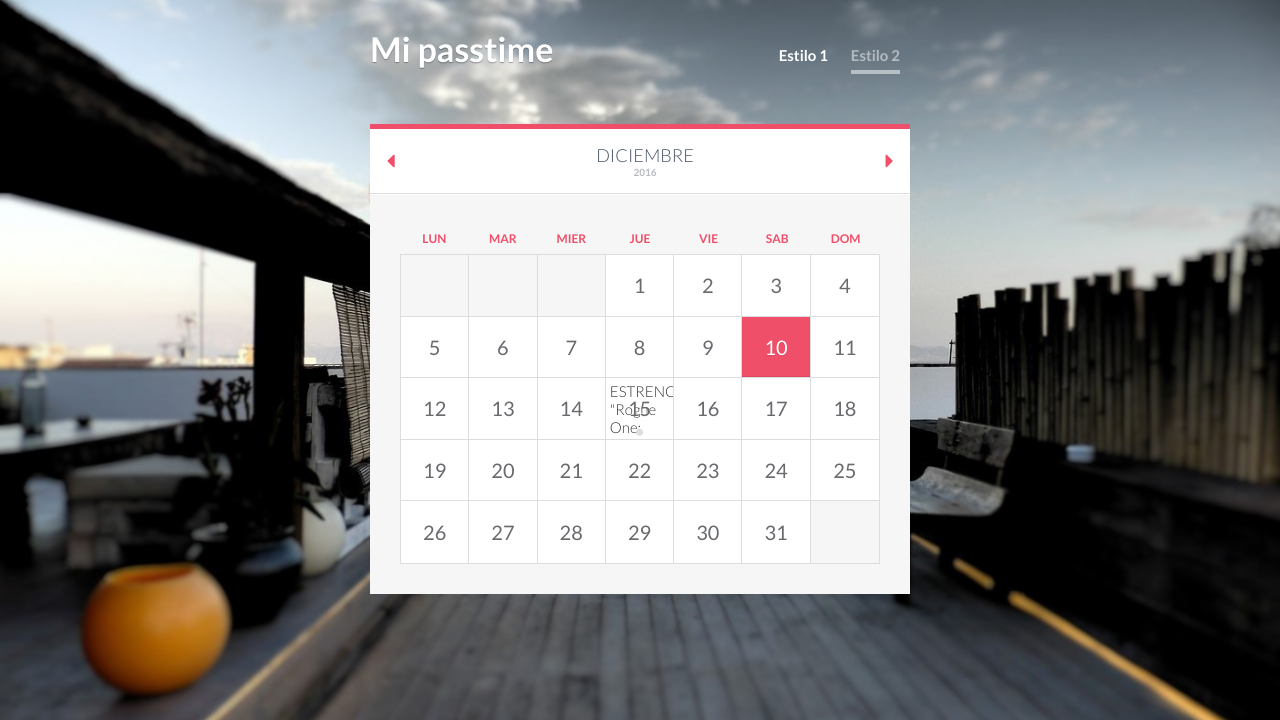
Repository: PassTimeOp/passtimeop.github.io
Page: Calendario/calendario2.html
The author's editor kept a record of every edit. The page is drawn from the files as they stood at one moment, then again after the next edit.
The browser window is 1280 px wide. The pictures show the whole page.
Some web libraries are served in a nearby version.

Above is the page before.

After the next edit:
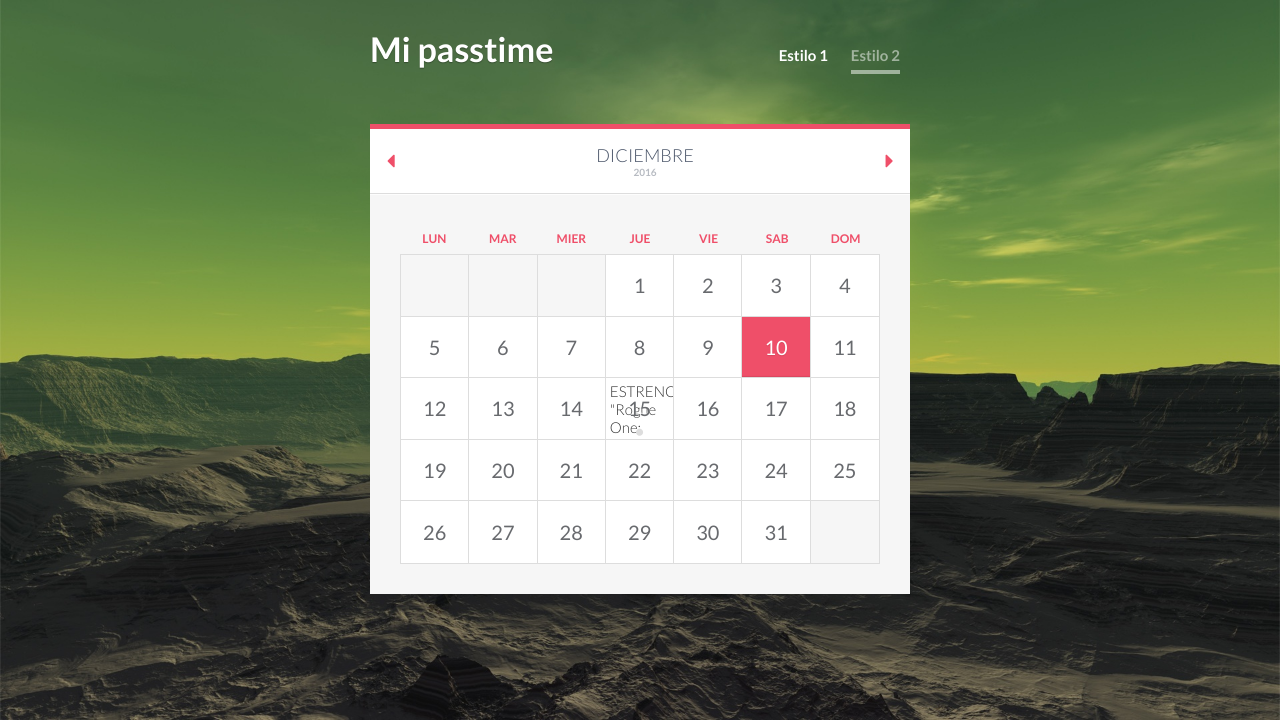
The edit:
--- a/Calendario/css/custom_2.css
+++ b/Calendario/css/custom_2.css
@@ -1,6 +1,6 @@
 /* Custom calendar elements */
 body {
-  background-image: url(../../Chill-Out-terrace-03.jpg);
+  background-image: url(../images/bg.jpg);
   background-size: cover;
   background-position: center;
   width: 100%;
